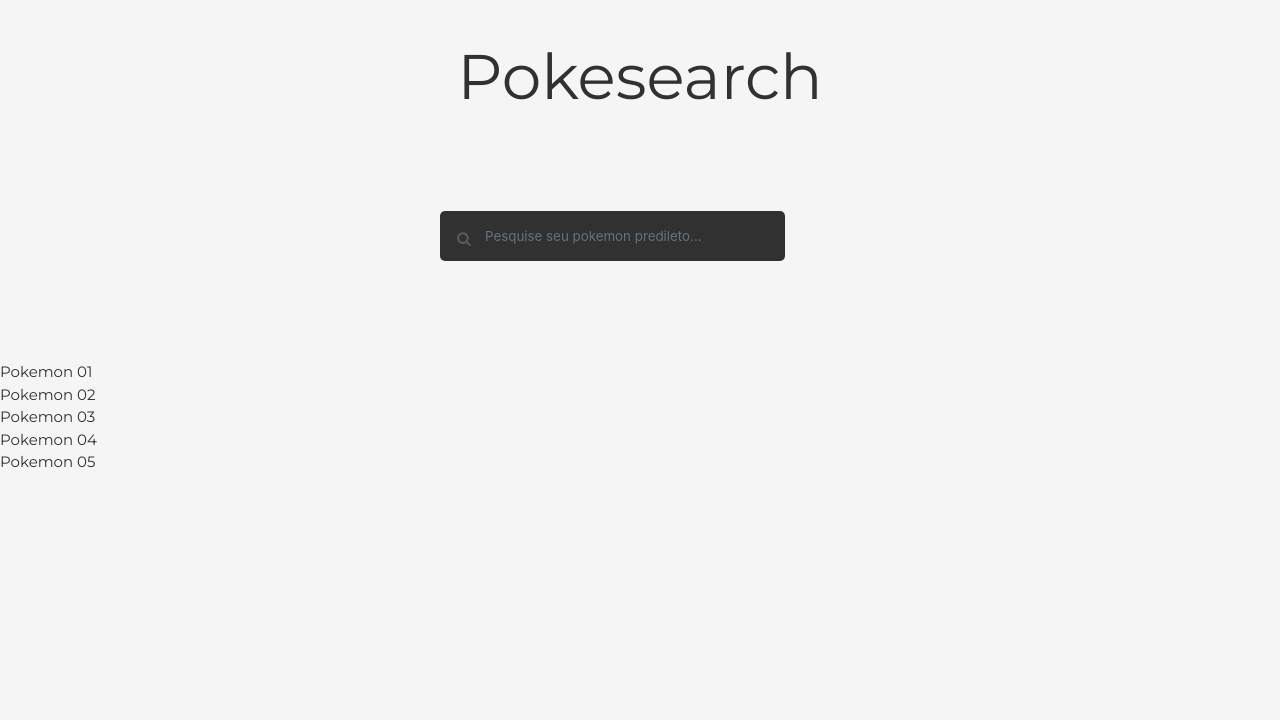
Repository: byjuliogomes/pokebyte
Page: index.html
The author's editor kept a copy of each file at every save. The page is drawn from the files as they stood at one save, then again after the next save.
The browser window is 1280 px wide. The pictures show the whole page.
Some web libraries are served in a nearby version.

Above is the page before, as saved 2020-06-04 11:09:50.

### index.html
<!DOCTYPE html>
<html lang="pt-br">
<head>
    <meta charset="UTF-8">
    <meta name="viewport" content="width=device-width, initial-scale=1.0">
    <title>Pokesearch</title>
    <link rel="stylesheet" href="app.css">
    <link href="https://fonts.googleapis.com/css2?family=Montserrat:wght@400;600;800;900&display=swap" rel="stylesheet">
    <link href="//maxcdn.bootstrapcdn.com/font-awesome/4.1.0/css/font-awesome.min.css" rel="stylesheet">
    <!-- Compiled and minified CSS -->
    <link rel="stylesheet" href="https://cdnjs.cloudflare.com/ajax/libs/materialize/1.0.0/css/materialize.min.css">

    <!-- Compiled and minified JavaScript -->
    <script src="https://cdnjs.cloudflare.com/ajax/libs/materialize/1.0.0/js/materialize.min.js"></script>
</head>
<body>
    <h1>Pokesearch</h1>
    <div class="box">
        <div class="container-1">
            <span class="icon"><i class="fa fa-search"></i></span>
            <input type="search" id="search" placeholder="Pesquise seu pokemon predileto..." />
        </div>
      </div>
    <section class="r">
        <div class="col s3">
            Pokemon 01
        </div>
        <div class="col s3">
            Pokemon 02
        </div>
        <div class="col s3">
            Pokemon 03
        </div>
        <div class="col s3">
            Pokemon 04
        </div>
        <div class="col s3">
            Pokemon 05
        </div>

    </section>

    <footer>

    </footer>
    <script src="app.js"></script>
</body>
</html>

### app.css
* {
    font-family: 'Montserrat', sans-serif;
}

body {
    background-color: #F5F5F5;
    color: #313131;
}

h1 {
    text-align: center;
}

.container {
    height: 200px;
    display: flex;
    flex-wrap: wrap;
    flex-flow: row wrap;
    justify-content: flex-start;
    align-content: stretch;
}

.item{
    background-color: #313131;
    color: #ffff;
    padding: 20px;
    margin: 5px;
    width: 250px;
    height: 280px;
    border-radius: 5px;
}

.box{
    margin: 100px auto;
    width: 400px;
    height: 50px;
  }

.container-1{
    width: 300px;
    vertical-align: middle;
    white-space: nowrap;
    position: relative;
}

.container-1 input#search{
    width: 300px;
    height: 50px;
    background: #313131;
    border: none;
    font-size: 10pt;
    float: left;
    color: #63717f;
    padding-left: 45px;
    -webkit-border-radius: 5px;
    -moz-border-radius: 5px;
    border-radius: 5px;
  }

  .container-1 input#search::-webkit-input-placeholder {
    color: #65737e;
 }

 .container-1 input#search:-moz-placeholder { /* Firefox 18- */
    color: #65737e;
 }

 .container-1 input#search::-moz-placeholder {  /* Firefox 19+ */
    color: #65737e;
 }

 .container-1 input#search:-ms-input-placeholder {
    color: #65737e;
 }

 .container-1 .icon{
    position: absolute;
    top: 50%;
    margin-left: 17px;
    margin-top: 17px;
    z-index: 1;
    color: #4f5b66;
  }

  .container-1 input#search:hover, .container-1 input#search:focus, .container-1 input#search:active{
    outline:none;
    background: #ffffff;
    border: 2px dotted #0054a6;
  }

### app.js
const fetchPokemon = () => {

};

After the next save:
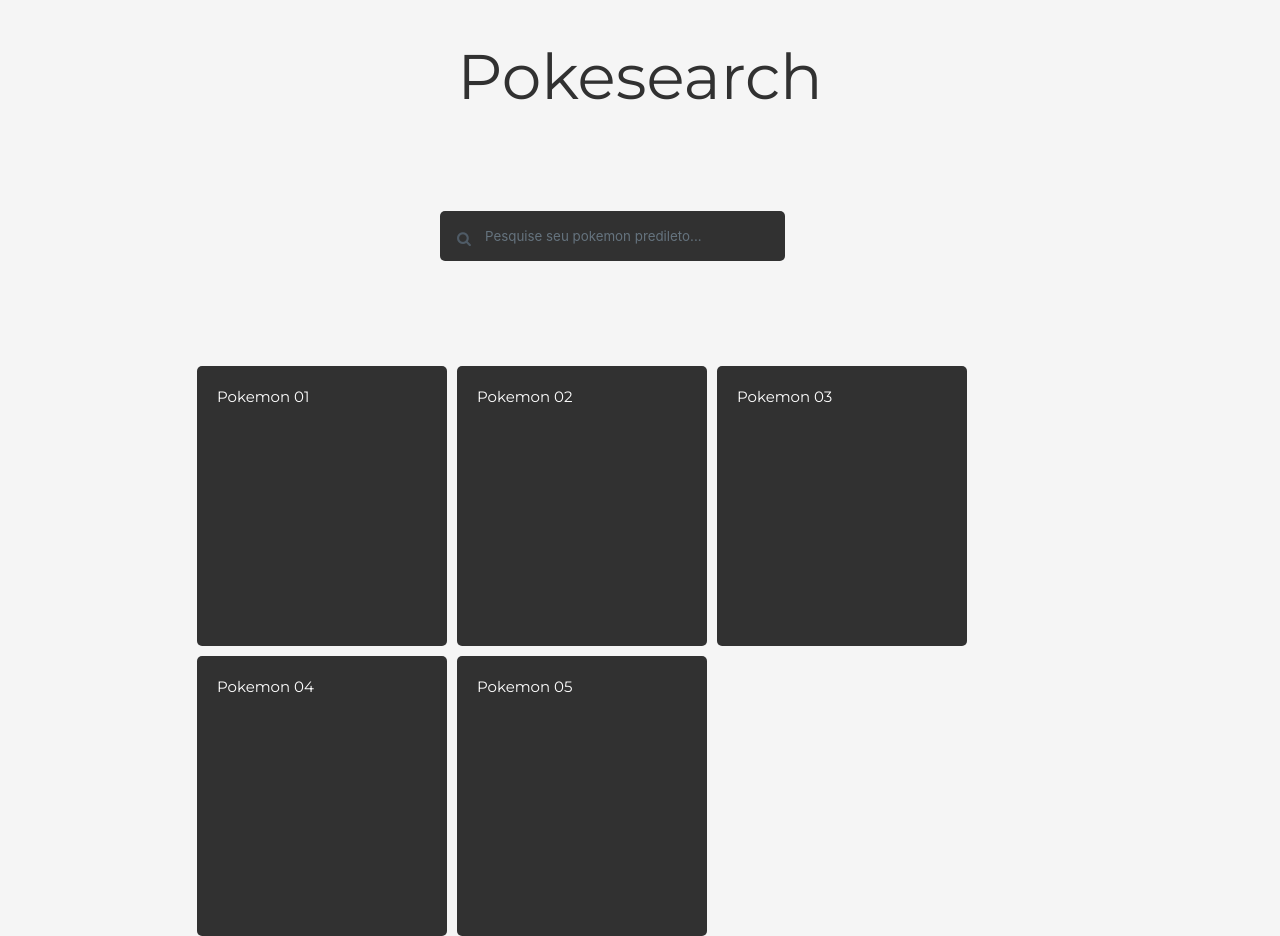
Saved 7 s later.
--- a/index.html
+++ b/index.html
@@ -21,22 +21,22 @@
             <input type="search" id="search" placeholder="Pesquise seu pokemon predileto..." />
         </div>
       </div>
-    <section class="r">
-        <div class="col s3">
+    <section class="container">
+        <article class="item article-01">
             Pokemon 01
-        </div>
-        <div class="col s3">
+        </article>
+        <article class="item article-02">
             Pokemon 02
-        </div>
-        <div class="col s3">
+        </article>
+        <article class="item article-03">
             Pokemon 03
-        </div>
-        <div class="col s3">
+        </article>
+        <article class="item article-04">
             Pokemon 04
-        </div>
-        <div class="col s3">
+        </article>
+        <article class="item article-05">
             Pokemon 05
-        </div>
+        </article>
 
     </section>
 
